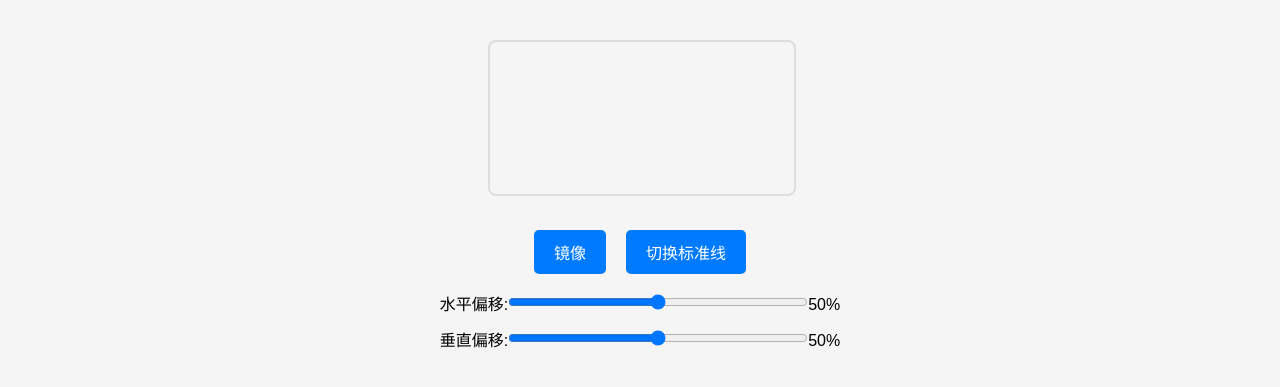
Repository: shasha333333/mirrorOnVue
Page: /
These files come from the project's save history. The page is drawn as it stood at one moment and after the next save; the edit follows.
The browser window is 1280 px wide. The pictures show the whole page.
The page's requests for data from a server got no answer. The project was rebuilt for these pictures with package versions that can differ from the ones it lists, and the page was loaded fresh each time. No one was signed in, and anything a server would have sent is missing. Also part of the build but not shown: vue.config.js.

Above is the page before, as saved 2024-11-18 22:18:21.

After the next save:
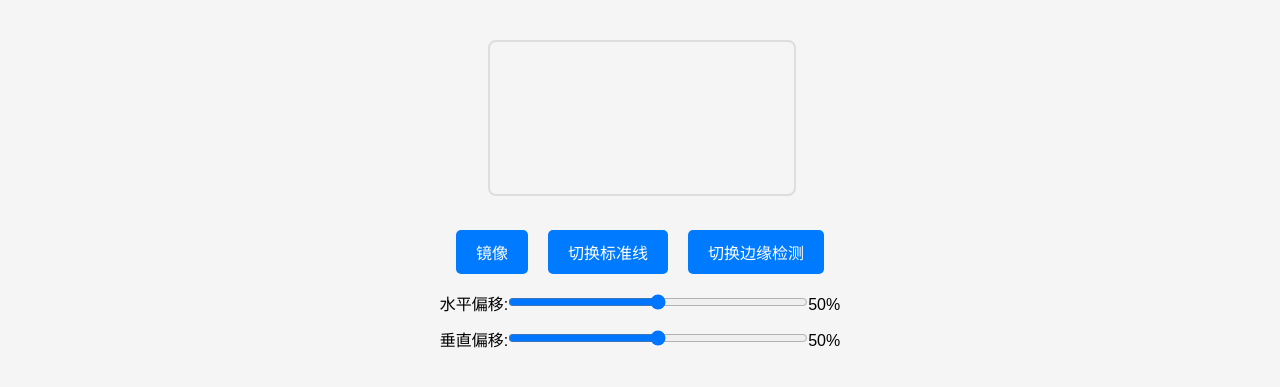
Saved 2 min 32 s later.
--- a/src/components/CameraApp.vue
+++ b/src/components/CameraApp.vue
@@ -8,12 +8,13 @@
         width="100%"
         height="auto"
       ></video>
-      <!-- Canvas 用于绘制标准线 -->
+      <!-- Canvas 用于绘制标准线和边缘检测 -->
       <canvas ref="canvas" class="overlay"></canvas>
     </div>
     <div class="controls">
       <button @click="toggleMirror">镜像</button>
       <button @click="toggleLines">切换标准线</button>
+      <button @click="toggleEdgeDetection">切换边缘检测</button> <!-- 新增边缘检测按钮 -->
 
       <!-- 滚动条调整 -->
       <div>
@@ -53,6 +54,7 @@ export default {
       isMirrored: false, // 控制是否开启镜像
       offsetXPercent: 50, // 水平偏移百分比
       offsetYPercent: 50, // 垂直偏移百分比
+      edgeDetectionEnabled: false, // 是否启用边缘检测
     };
   },
   methods: {
@@ -77,7 +79,13 @@ export default {
       this.drawLines(); // 在切换时绘制/清除标准线
     },
 
-    // 绘制标准线
+    // 切换边缘检测的启用状态
+    toggleEdgeDetection() {
+      this.edgeDetectionEnabled = !this.edgeDetectionEnabled;
+      this.drawLines(); // 在切换时重新绘制图像（包括边缘检测）
+    },
+
+    // 绘制标准线和执行边缘检测
     drawLines() {
       const canvas = this.$refs.canvas;
       const context = canvas.getContext("2d");
@@ -90,27 +98,93 @@ export default {
       // 清空画布
       context.clearRect(0, 0, canvas.width, canvas.height);
 
+      // 获取视频帧
+      context.drawImage(video, 0, 0, canvas.width, canvas.height);
+
       if (this.showLines) {
-        // 设置绘制标准线的样式
-        context.strokeStyle = "#007bff"; // 蓝色，50%透明度
-        context.lineWidth = 2;
-
-        // 计算基于视频尺寸的偏移量
-        const offsetX = (this.offsetXPercent / 100) * canvas.width; // 水平偏移量
-        const offsetY = (this.offsetYPercent / 100) * canvas.height; // 垂直偏移量
-
-        // 画竖直标准线
-        context.beginPath();
-        context.moveTo(offsetX, 0);
-        context.lineTo(offsetX, canvas.height);
-        context.stroke();
-
-        // 画水平标准线
-        context.beginPath();
-        context.moveTo(0, offsetY);
-        context.lineTo(canvas.width, offsetY);
-        context.stroke();
-      }
+        this.drawStandardLines(context, canvas);
+      }
+
+      if (this.edgeDetectionEnabled) {
+        this.applyEdgeDetection(context, canvas);
+      }
+    },
+
+    // 绘制标准线
+    drawStandardLines(context, canvas) {
+      context.strokeStyle = "#007bff"; // 蓝色，50%透明度
+      context.lineWidth = 2;
+
+      const offsetX = (this.offsetXPercent / 100) * canvas.width; // 水平偏移量
+      const offsetY = (this.offsetYPercent / 100) * canvas.height; // 垂直偏移量
+
+      // 画竖直标准线
+      context.beginPath();
+      context.moveTo(canvas.width / 2 + offsetX, 0);
+      context.lineTo(canvas.width / 2 + offsetX, canvas.height);
+      context.stroke();
+
+      // 画水平标准线
+      context.beginPath();
+      context.moveTo(0, canvas.height / 2 + offsetY);
+      context.lineTo(canvas.width, canvas.height / 2 + offsetY);
+      context.stroke();
+    },
+
+    // 应用简单的边缘检测
+    applyEdgeDetection(context, canvas) {
+      const imageData = context.getImageData(0, 0, canvas.width, canvas.height);
+      const data = imageData.data;
+
+      const width = canvas.width;
+      const height = canvas.height;
+
+      // Sobel 算法：水平和垂直边缘检测核
+      const sobelX = [
+        [-1, 0, 1],
+        [-2, 0, 2],
+        [-1, 0, 1]
+      ];
+      const sobelY = [
+        [-1, -2, -1],
+        [0, 0, 0],
+        [1, 2, 1]
+      ];
+
+      const resultData = new Uint8ClampedArray(data.length);
+
+      for (let y = 1; y < height - 1; y++) {
+        for (let x = 1; x < width - 1; x++) {
+          let pixelX = 0;
+          let pixelY = 0;
+
+          // 执行 Sobel 核计算
+          for (let ky = -1; ky <= 1; ky++) {
+            for (let kx = -1; kx <= 1; kx++) {
+              const pixel = (y + ky) * width + (x + kx);
+              const weightX = sobelX[ky + 1][kx + 1];
+              const weightY = sobelY[ky + 1][kx + 1];
+
+              pixelX += weightX * data[pixel * 4];
+              pixelY += weightY * data[pixel * 4];
+            }
+          }
+
+          // 计算边缘强度
+          const magnitude = Math.sqrt(pixelX * pixelX + pixelY * pixelY);
+          const color = Math.min(255, magnitude);
+
+          const pixelIdx = (y * width + x) * 4;
+          resultData[pixelIdx] = color;
+          resultData[pixelIdx + 1] = color;
+          resultData[pixelIdx + 2] = color;
+          resultData[pixelIdx + 3] = 255; // 保持 alpha 值为 255
+        }
+      }
+
+      // 将结果数据写回画布
+      const newImageData = new ImageData(resultData, width, height);
+      context.putImageData(newImageData, 0, 0);
     },
 
     // 切换镜像效果
@@ -134,6 +208,9 @@ export default {
   watch: {
     showLines() {
       this.drawLines(); // 在切换时绘制标准线
+    },
+    edgeDetectionEnabled() {
+      this.drawLines(); // 在切换时应用边缘检测
     }
   }
 };
